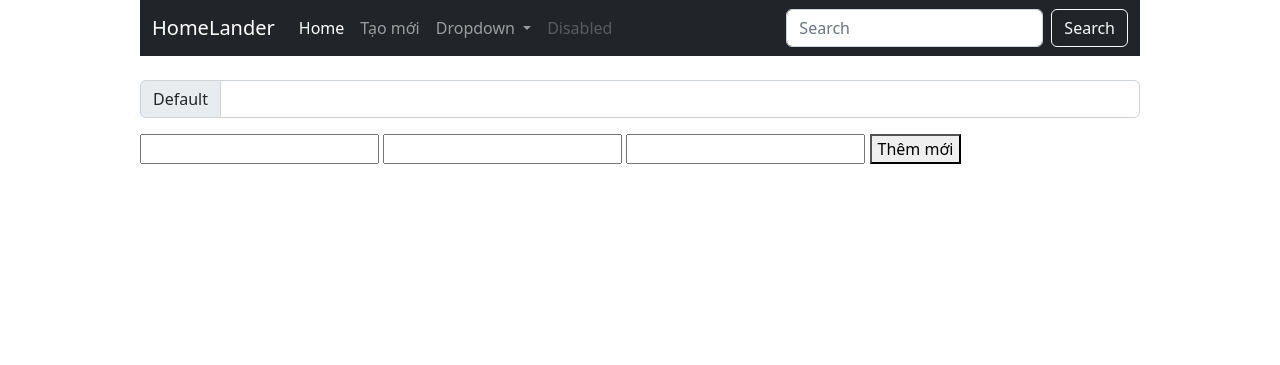
Repository: nguyenhung50497/MD3_CRUD-2Table
Page: src/views/create.html
An editor plug-in stored every save of this project. The page is shown before and after a run of saves, followed by the edit.
The browser window is 1280 px wide. The pictures show the whole page.

Above is the page before, as saved 2022-12-28 15:34:32.

After the next 3 saves:
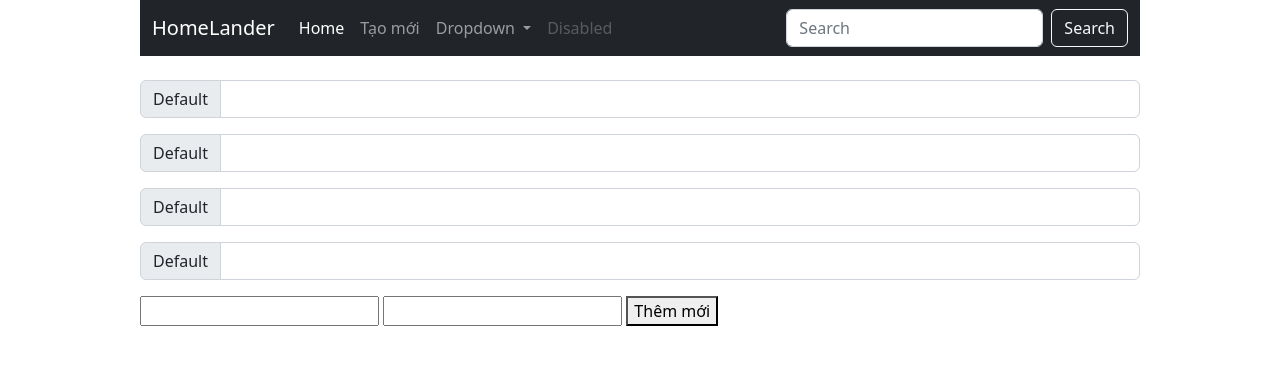
The 3 saves are shown as one change because they came seconds apart.
The last was saved 9 s later.
--- a/src/views/create.html
+++ b/src/views/create.html
@@ -50,7 +50,18 @@
           <span class="input-group-text" id="inputGroup-sizing-default">Default</span>
           <input type="text" name="name" class="form-control" aria-label="Sizing example input" aria-describedby="inputGroup-sizing-default">
         </div>
-        <input type="text" >
+        <div class="input-group mb-3">
+          <span class="input-group-text" id="inputGroup-sizing-default">Default</span>
+          <input type="text" class="form-control" aria-label="Sizing example input" aria-describedby="inputGroup-sizing-default">
+        </div>
+        <div class="input-group mb-3">
+          <span class="input-group-text" id="inputGroup-sizing-default">Default</span>
+          <input type="text" class="form-control" aria-label="Sizing example input" aria-describedby="inputGroup-sizing-default">
+        </div>
+        <div class="input-group mb-3">
+          <span class="input-group-text" id="inputGroup-sizing-default">Default</span>
+          <input type="text" class="form-control" aria-label="Sizing example input" aria-describedby="inputGroup-sizing-default">
+        </div>
         <input type="text" name="price">
         <input type="text" name="description">
         <button type="submit">Thêm mới</button>
